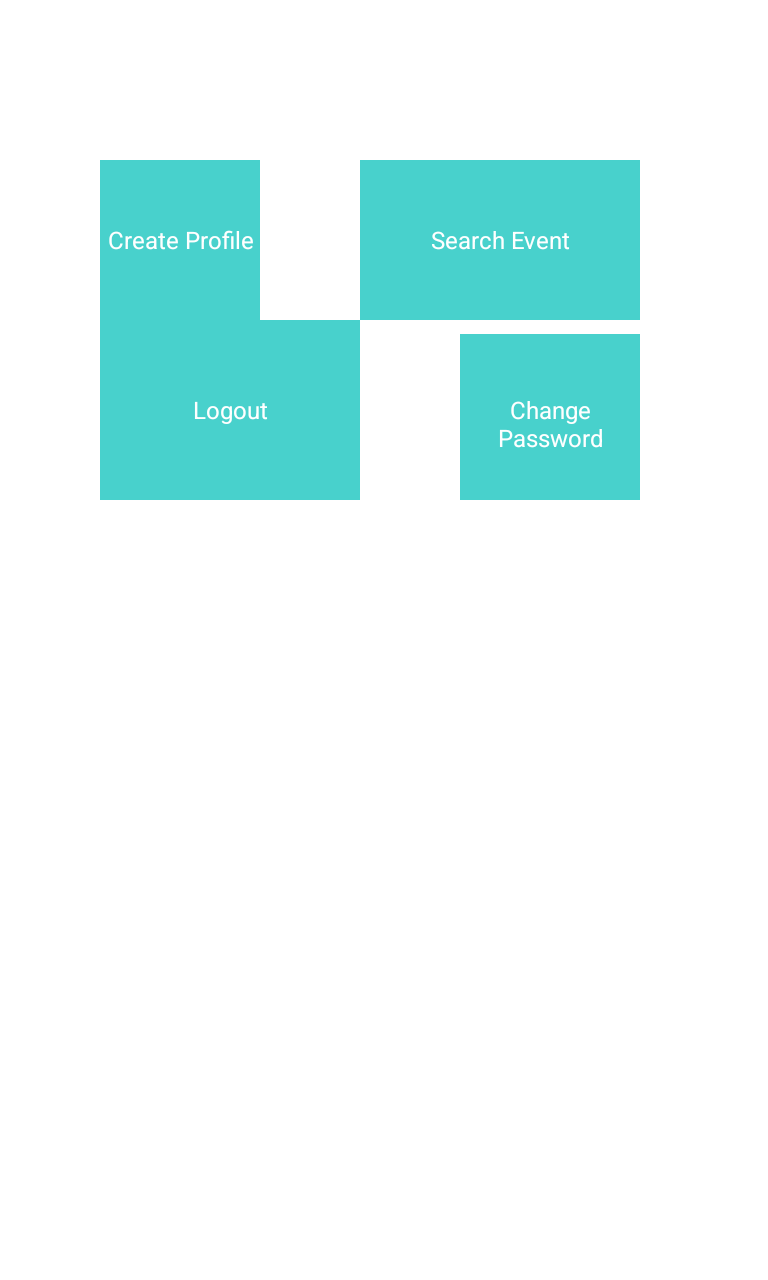
Repository: COMP231-S63G1/COMP231-S63G1
Layout: Wanna/res/layout/login_success.xml
The author's editor kept a copy of each file at every save. The layout is drawn from the files as they stood at one save, then again after the next save.
It is drawn on a 768 x 1280 px phone screen (xhdpi) without system bars, with theme AppTheme; the app's code is not run. The app's manifest (not shown) leaves right-to-left support off. So textAlignment, textDirection and layoutDirection are ignored, and left and right values win over start and end ones.

Above is the layout before, as saved 2014-10-24 15:46:18.

### Wanna/res/layout/login_success.xml
<?xml version="1.0" encoding="utf-8"?>

<LinearLayout xmlns:android="http://schemas.android.com/apk/res/android"
              android:orientation="vertical"
              android:layout_width="match_parent"
              android:layout_height="match_parent"

              >

    <TextView
            android:layout_width="200dp"
            android:textColor="#48D1CC"
            android:layout_height="40dp"
            android:id="@+id/textwelcome"
            android:textSize="25sp"
            android:gravity="center"
            />
    <TextView
            android:layout_width="125dp"
            android:layout_height="40dp"
            android:id="@+id/lname"
            android:layout_alignParentTop="true"
            android:textColor="#000000"
            android:layout_toRightOf="@+id/textwelcome"
            android:textSize="20sp"/>

<TableLayout
    android:layout_width="match_parent"
    android:layout_height="match_parent"
    >
<TableRow>
<Button
        android:id="@+id/createProf"
        android:layout_width="80dp"
        android:layout_height="80dp"
        android:background="#48D1CC"
        android:text="Create Profile"
        android:textColor="#ffffff"
        android:textSize="12sp"
        android:layout_marginLeft="50dp"
        android:layout_marginRight="50dp"

        />

      <Button
            android:layout_width="80dp"
            android:layout_height="80dp"
            android:text="Search Event"
            android:id="@+id/searchEvent"
            android:textSize="12sp"
            android:textColor="#ffffff"
            android:background="#48D1CC"
      />
</TableRow>
<TableRow>

    <Button
            android:layout_width="90dp"
            android:layout_height="90dp"
            android:text="Logout"
            android:id="@+id/logout"
            android:textSize="12sp"
            android:textColor="#ffffff"
            android:background="#48D1CC"
            android:layout_marginLeft="50dp"
      />



    <Button
        android:id="@+id/btchangepass"
        android:layout_width="90dp"
        android:layout_height="90dp"
		android:background="#48D1CC"
        android:layout_below="@+id/textwelcome"
        android:text="Change Password"
        android:textColor="#ffffff"
        android:textSize="12sp"
        android:layout_marginLeft="50dp"
        />
    </TableRow>

    </TableLayout>
    <TextView
            android:layout_width="100dp"
            android:layout_height="25dp"
            android:text="User Panel"
            android:id="@+id/textView"
            android:layout_below="@+id/logout"
            android:layout_alignParentRight="true"
            android:textSize="18sp" android:textColor="#000000"
            android:textAlignment="center"/>

</LinearLayout>

Loaded but not shown: Wanna/res/values/styles.xml (common file); Wanna/res/values-v11/styles.xml (common file); Wanna/res/values-v14/styles.xml (common file)

After the next save:
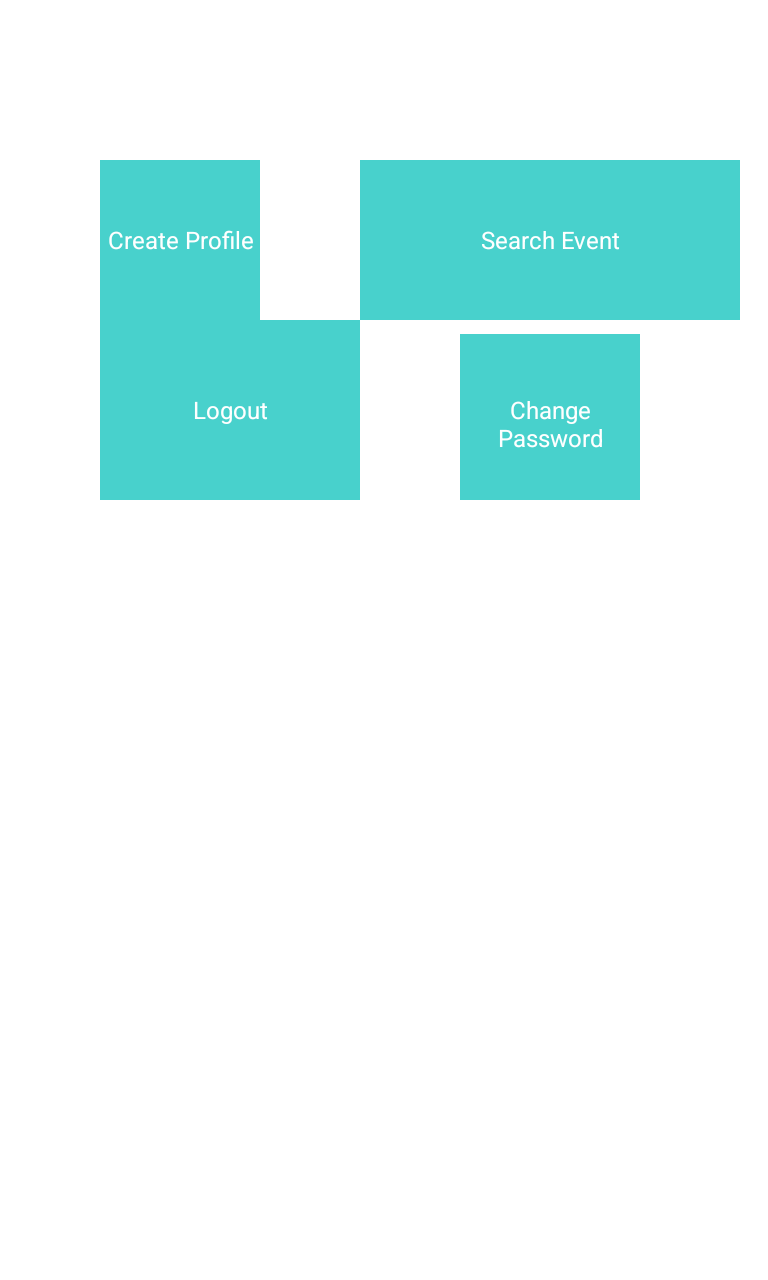
Saved 9 s later.
--- a/Wanna/res/layout/login_success.xml
+++ b/Wanna/res/layout/login_success.xml
@@ -77,6 +77,7 @@
         android:textColor="#ffffff"
         android:textSize="12sp"
         android:layout_marginLeft="50dp"
+        android:layout_marginRight="50dp"
         />
     </TableRow>
 
